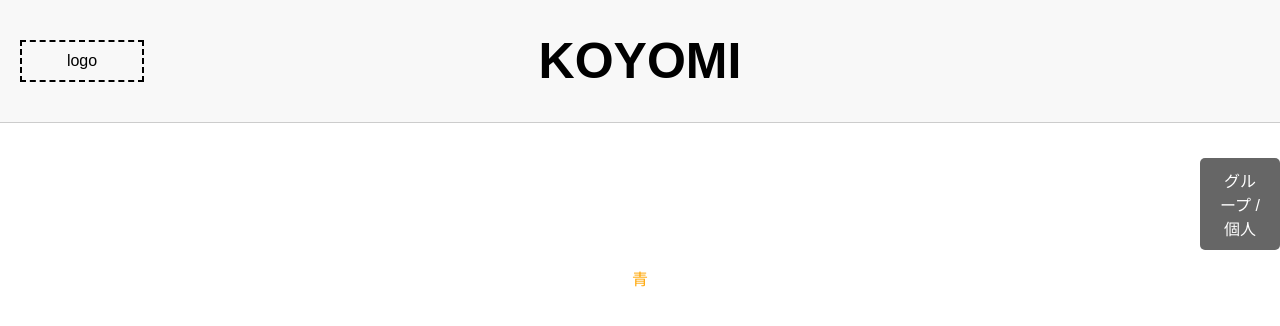
Repository: teramu0602/koyomi
Page: http://localhost/grouplist
An editor plug-in stored every save of this project. The page is shown before and after the next save, followed by the edit.
The browser window is 1280 px wide. The pictures show the whole page.
Some web fonts or font styles are not loaded; a fallback is used. The page is served by the project's Laravel application, run on PHP 8.4 with Laravel 9. Other server files are loaded and not shown. Style sheets and scripts are compiled from the project's sources, by tool versions that may differ from the author's.

Above is the page before, as saved 2025-02-22 09:17:05.

### routes/web.php
<?php

use Illuminate\Support\Facades\Route;
use App\Http\Controllers\CalendarController;
use App\Http\Controllers\PostController;
use App\Http\Controllers\Auth\LoginController;



/*
|--------------------------------------------------------------------------
| Web Routes
|--------------------------------------------------------------------------
|
| Here is where you can register web routes for your application. These
| routes are loaded by the RouteServiceProvider within a group which
| contains the "web" middleware group. Now create something great!
|
*/

Route::get('/', function () {
    return view('welcome');
});

Route::get('/admin', function () {
    return view('layouts/admin');
});

Route::get('/admin/home', function () {
    return view('calender/home');
});

Route::get('/custom-login', [LoginController::class, 'showLoginForm'])->name('custom.login');
Route::post('/custom-login', [LoginController::class, 'login'])->name('custom.login.submit');
Route::get('/custom-login', function () {
    return view('admin/login');
});

Route::get('/signup', function () {
    return view('admin/signup');
});
Auth::routes();

Route::get('/home', [App\Http\Controllers\HomeController::class, 'index'])->name('home');



Route::get('/calendar', function () {
    return view('calender/calendar');
})->name('calendar');

Route::get('/calendar/{year}/{month}', [CalendarController::class, 'show'])->name('calendar.show');
Route::get('/admin/home/{year}/{month}', [CalendarController::class, 'showAdmin'])->name('calendar.admin.show');

Route::get('/admin/home', [CalendarController::class, 'index']);

Route::get('/grouplist', function () {
    return view('admin/group_list');
});

### resources/views/admin/group_list.blade.php
@extends('layouts.admin_calender')
<head>
<link href="{{ asset('css/common.admin.css') }}" rel="stylesheet">
</head>

@section('content')
<button class="switch_button" onclick="toggleMode()">グループ / 個人</button>
<p class = "purple">青</p>
@endsection

### resources/views/layouts/admin_calender.blade.php
<!DOCTYPE html>
<html lang="{{ app()->getLocale() }}">
    <head>
        <meta charset="utf-8">
        <meta http-equiv="X-UA-Compatible" content="IE=edge">
        <meta name="viewport" content="width=device-width, initial-scale=1">
        <meta name="csrf-token" content="{{ csrf_token() }}">

        <title>@yield('title')</title>

        <script src="{{ asset('js/app.js') }}" defer></script>

        <link rel="dns-prefetch" href="https://fonts.gstatic.com">
        <link href="https://fonts.googleapis.com/css?family=Raleway:300,400,600" rel="stylesheet" type="text/css">

        <link href="{{ asset('css/admin.css') }}" rel="stylesheet">


    </head>

   <header>
        <div class="logo">logo</div>
        <h1 class="service-name">KOYOMI</h1>
        @yield('drop_menu')
    </header>

    <main>
    @yield('content')
    </main>
    <body>
    </body>

</html>

### public/css/common.admin.css
.button {
    background-color: aquamarine;
    margin-left: 1000px;
}
.purple {
    color: orange;
}

.switch_button{
    margin-left: 1200px !important;
}

### resources/sass/admin.scss
@charset "UTF-8";
body {
  font-family: Arial, sans-serif;
  text-align: center;
  margin: 0;
  padding: 0;
}

header {
  display: flex;
  justify-content: center;
  align-items: center;
  width: 100%;

  padding: 40px 0px 40px 0px;
  background-color: #f8f8f8;
  border-bottom: 1px solid #ccc;
}

.logo {
  border: 2px dashed black;
  padding: 10px;
  width: 100px;
  text-align: center;
  margin-right: auto;
  margin-left: 20px;
}

.service-name {
  font-size: 50px;
  position: absolute; /* ページ全体に対して中央配置 */
  left: 50%;
  transform: translateX(-50%); /* 画面の中央に配置 */
  text-align: center; /* 中央揃え */
}

main {
  margin-top: 0px;
  background: linear-gradient(to bottom, orange 0%, white 0%);
}

h2 {
  font-size: 22px;
  margin-bottom: 50px;
}

form {
  display: flex;
  flex-direction: column;
  align-items: center;
  gap: 10px;
}

label {
  font-weight: bold;
}

input {
  width: 300px;
  padding: 8px;
  border: 1px solid #ccc;
  border-radius: 4px;
}

button {
  background-color: #666;
  color: white;
  padding: 10px 20px;
  border: none;
  border-radius: 5px;
  cursor: pointer;
  margin-top: 35px;
  font-size: 16px;
}

button:hover {
  background-color: #444;
}

.login-link {
  margin-top: 40px;
  font-size: 14px;
  color: #555;
}

.checkbox {
  margin: 30px;
  display: flex; /* 横並びにする */
  align-items: center;
  margin-right: 170px;
}

.checkbox input[type=checkbox] {
  margin-right: 10px; /* チェックボックスとテキストの間隔 */
}

.remember {
  font-size: 14px;
}

input#remember {
  width: 10px; /* 幅を300pxに設定 */
  height: 20px; /* 高さを13pxに設定 */
}

.checkbox label {
  font-weight: normal;
}

table {
  width: 100%;
  border-collapse: collapse;
}

td {
  border: 1px solid grey;
  text-align: left; /* 左揃え */
  vertical-align: top; /* 上揃え */

  padding: 0px 0px 150px 0px;

}

th {
  background: white;
  text-align: center;
  padding: 10px;
}

.sunday {
  background: pink;
  color: red;
}

.red {
  color: red;
}

.saturday {
  background: pink;
  color: blue;
}

.blue{
  color: blue;
}

.next-month {
  background: #ccc;
  color: #666;
}

.month_toggle {
  text-decoration: none;
  color: black;
}

.nav-item {
  list-style: none;
  margin-right: 20px;
}

.pink {
  color: pink;
  background-color: purple;
}
.prev-month, .next-month {
  background: #ccc;
  color: #666;
}

.switch {
  background-color: orange;
  padding: 0px 0px 35px 0px;
  font-size: 20px;
}

.who {
  background-color: palegoldenrod;
  font-size: 20px;
  margin-right: 400px;
}

.switch_button{
  margin-left: 400px;
}

table {
  width: 80%; /* テーブルの幅を90%に設定 */
  margin-left: auto; /* 左側の空白 */
  margin-right: auto; /* 右側の空白 */
  margin-bottom: 50px;
}

Loaded but not shown: app/Http/Controllers/Auth/ConfirmPasswordController.php (common file); app/Http/Controllers/Controller.php (common file)

After the next save:
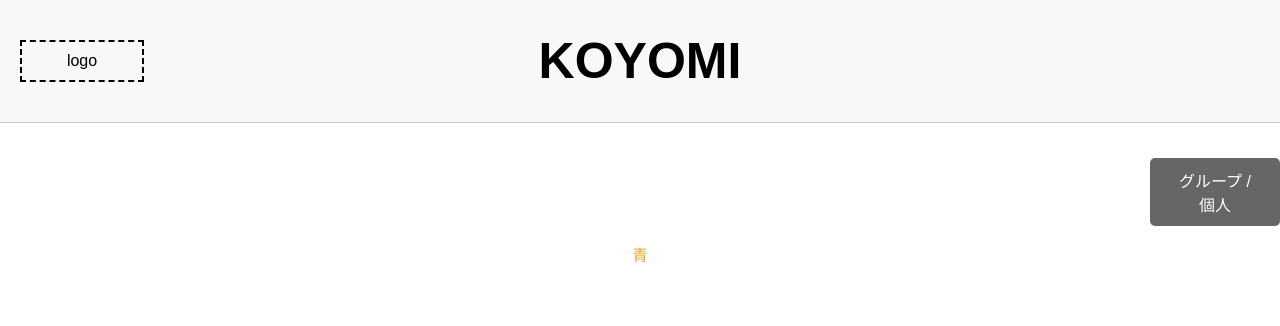
Saved 14 s later.
--- a/public/css/common.admin.css
+++ b/public/css/common.admin.css
@@ -7,5 +7,5 @@
 }
 
 .switch_button{
-    margin-left: 1200px !important;
+    margin-left: 1150px !important;
 }
